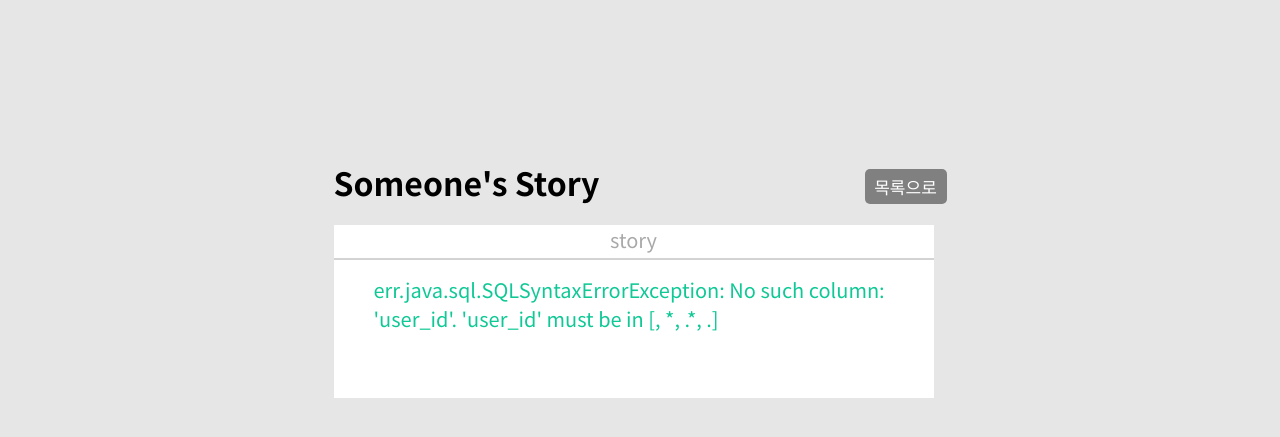
Repository: CISXO/JSP
Page: http://localhost/yea/view.jsp
An editor plug-in stored every save of this project. The page is shown before and after the next save, followed by the edit.
The browser window is 1280 px wide. The pictures show the whole page.
The page is served by Tomcat 9. Queries for data that is not in the repository find no rows.

Above is the page before, as saved 2022-12-10 12:57:11.

After the next save:
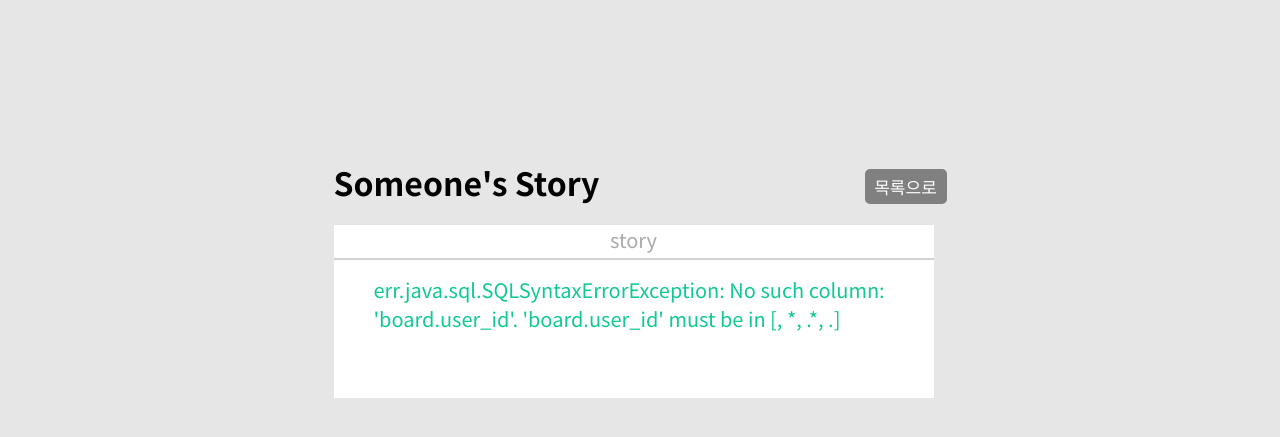
Saved 74 s later.
--- a/JSPproject/yea/src/main/webapp/view.jsp
+++ b/JSPproject/yea/src/main/webapp/view.jsp
@@ -47,14 +47,14 @@
             <div class="setBox">
                 <div class="storyHeader">
                     <div class="header">
-                        <span class="user"><%=result.getString("user_id")%></span>
-                        <div class="date"><%=result.getString("bardDate")%></div>
+                        <span class="user"><%=result.getString("board.user_id")%></span>
+                        <div class="date"><%=result.getString("board.bardDate")%></div>
                     </div>
                 </div>
                 <div class="storyBody">
-                    <h2 class="storyTitle"><%=result.getString("boardTitle")%></h2>
+                    <h2 class="storyTitle"><%=result.getString("board.boardTitle")%></h2>
                     <div class="story">
-                    <%=result.getString("boardContent")%>
+                    <%=result.getString("board.boardContent")%>
                     </div>
                 </div>
             </div>

After the save that followed:
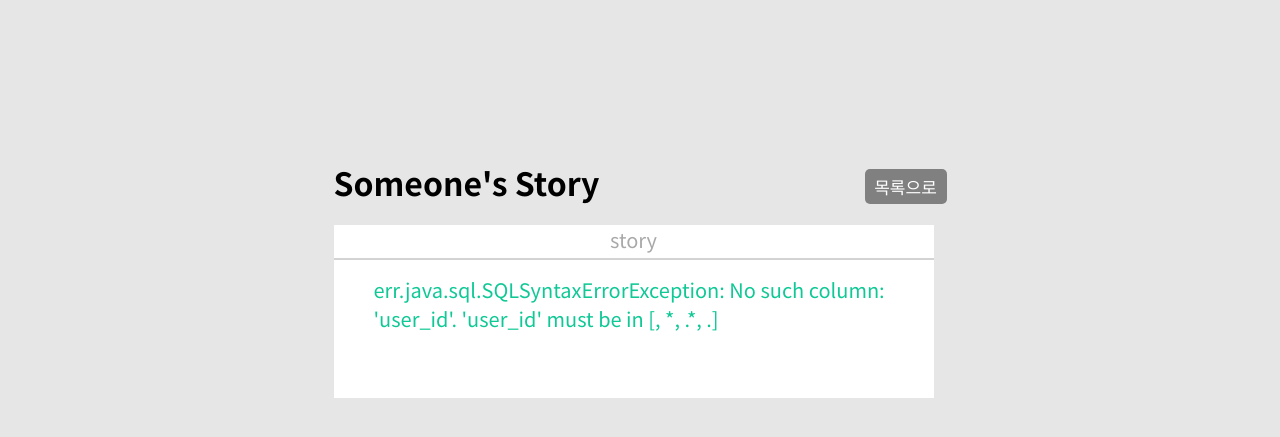
Saved 2 min 42 s later.
--- a/JSPproject/yea/src/main/webapp/view.jsp
+++ b/JSPproject/yea/src/main/webapp/view.jsp
@@ -29,7 +29,7 @@
 	conn = DriverManager.getConnection(jdbcDriver, dbUser, dbPass);
 	stmt = conn.createStatement();
 	String search = request.getParameter("search");
-	String query = "SELECT * FROM user,board where user.id = board.userID";
+	String query = "SELECT * FROM board ";
 	result = stmt.executeQuery(query);
 
 
@@ -47,14 +47,14 @@
             <div class="setBox">
                 <div class="storyHeader">
                     <div class="header">
-                        <span class="user"><%=result.getString("board.user_id")%></span>
-                        <div class="date"><%=result.getString("board.bardDate")%></div>
+                        <span class="user"><%=result.getString("user_id")%></span>
+                        <div class="date"><%=result.getString("boardDate")%></div>
                     </div>
                 </div>
                 <div class="storyBody">
-                    <h2 class="storyTitle"><%=result.getString("board.boardTitle")%></h2>
+                    <h2 class="storyTitle"><%=result.getString("boardTitle")%></h2>
                     <div class="story">
-                    <%=result.getString("board.boardContent")%>
+                    <%=result.getString("boardContent")%>
                     </div>
                 </div>
             </div>
